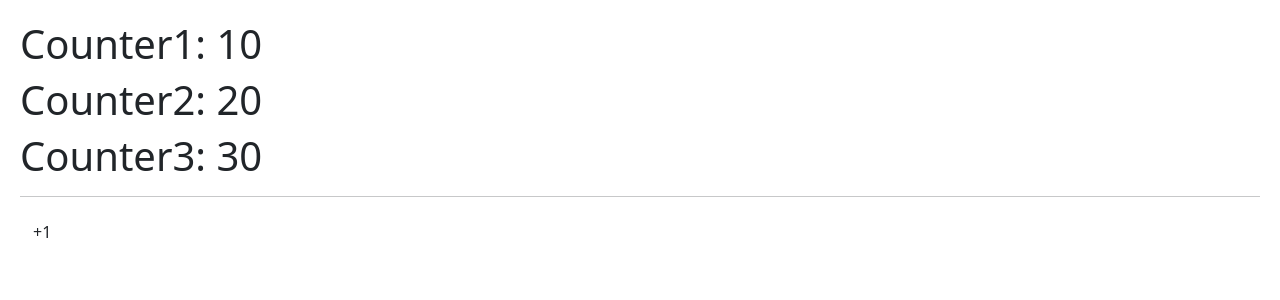
Repository: bryanesteban/hooks-App
Page: /
An editor plug-in stored every save of this project. The page is shown before and after the next save, followed by the edit.
The browser window is 1280 px wide. The pictures show the whole page.
The project was rebuilt for these pictures with package versions that can differ from the ones it lists, and the page was loaded fresh each time. Also part of the build but not shown: vite.config.js, src/HooksApp.jsx.

Above is the page before, as saved 2024-06-25 23:07:55.

After the next save:
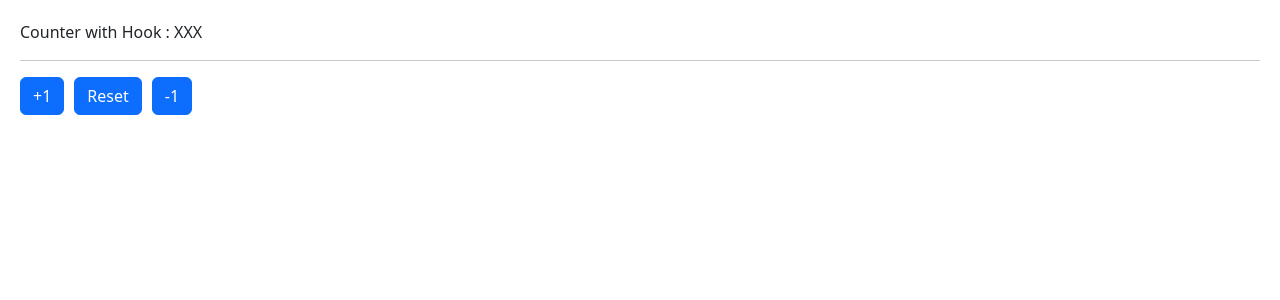
Saved 14 s later.
--- a/src/main.jsx
+++ b/src/main.jsx
@@ -3,9 +3,10 @@
 import './index.css'
 import { HooksApp } from './HooksApp'
 import { CounterApp } from './01-useState/CounterApp'
+import { CounterWithCustomHook } from './01-useState/CounterWithCustomHook'
 
 ReactDOM.createRoot(document.getElementById('root')).render(
   <React.StrictMode>
-    <CounterApp />
+    <CounterWithCustomHook />
   </React.StrictMode>,
 )
